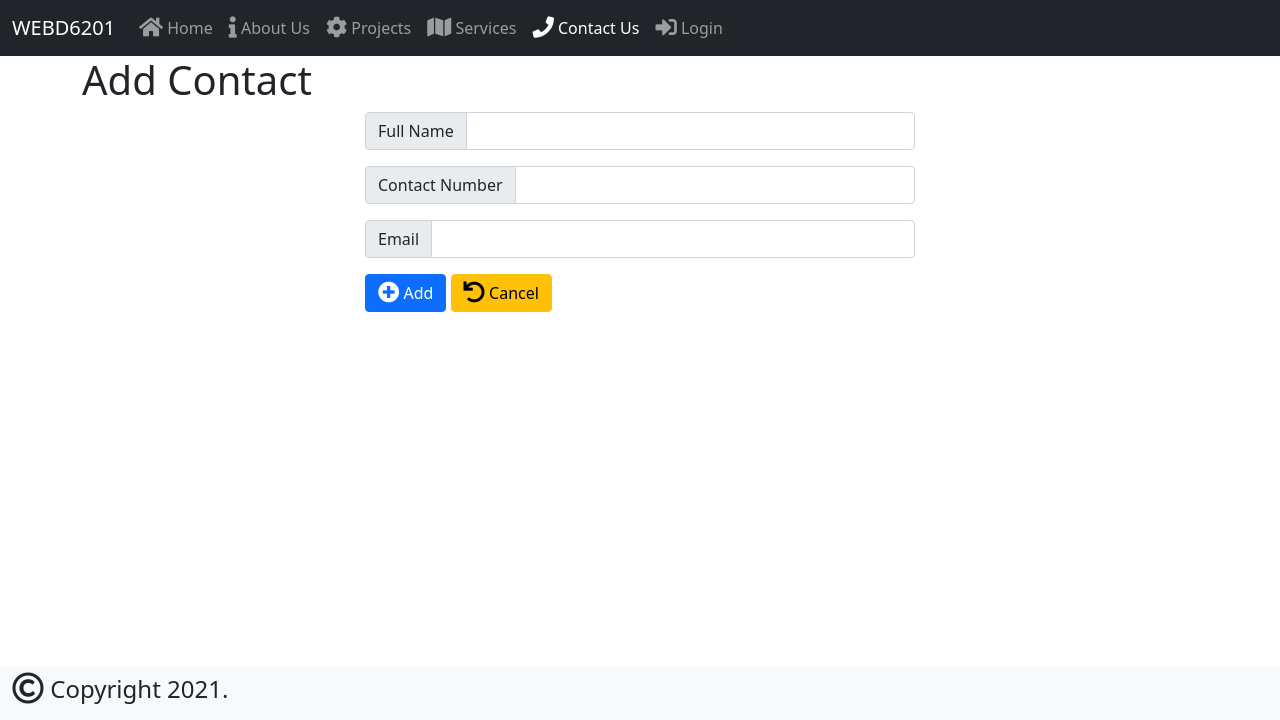
Repository: aphim/webd6201ICE6
Page: Views/content/edit.html
These files come from the project's save history. The page is drawn as it stood at one moment and after the next save; the edit follows.
The browser window is 1280 px wide. The pictures show the whole page.

Above is the page before, as saved 2021-03-03 09:01:01.

### Views/content/edit.html
<!DOCTYPE html>
<html lang="en">
<head>
    <meta charset="UTF-8">
    <meta name="viewport" content="width=device-width, initial-scale=1.0">
    <title>Edit</title>
    <!-- CSS Section -->
    <link rel="stylesheet" href="./node_modules/bootstrap/dist/css/bootstrap.min.css">
    <link rel="stylesheet" href="./node_modules/@fortawesome/fontawesome-free/css/all.min.css">
    <link rel="stylesheet" href="./Content/app.css">
</head>
<body>
    <!-- Main Header -->
    <header>
        <!-- Main Navigation -->
        <nav class="navbar navbar-expand-lg navbar-dark bg-dark">
            <div class="container-fluid">
              <a class="navbar-brand" href="index.html">WEBD6201</a>
              <button class="navbar-toggler" type="button" data-bs-toggle="collapse" data-bs-target="#navbarSupportedContent" aria-controls="navbarSupportedContent" aria-expanded="false" aria-label="Toggle navigation">
                <span class="navbar-toggler-icon"></span>
              </button>
              <div class="collapse navbar-collapse" id="navbarSupportedContent">
                <ul class="navbar-nav me-auto mb-2 mb-lg-0">
                  <li class="nav-item">
                    <a class="nav-link" aria-current="page" href="index.html"><i class="fas fa-home fa-lg"></i> Home</a>
                  </li>

                  <li class="nav-item">
                    <a class="nav-link" aria-current="page" href="about.html"><i class="fas fa-info fa-lg"></i> About Us</a>
                  </li>

                  <li class="nav-item">
                    <a class="nav-link" aria-current="page" href="projects.html"><i class="fas fa-cog fa-lg"></i> Projects</a>
                  </li>

                  <li class="nav-item">
                    <a class="nav-link" aria-current="page" href="services.html"><i class="fas fa-map fa-lg"></i> Services</a>
                  </li>

                  <li class="nav-item">
                    <a class="nav-link active" aria-current="page" href="contact.html"><i class="fas fa-phone fa-lg"></i> Contact Us</a>
                  </li>
                  <li id="login" class="nav-item">
                    <a class="nav-link" aria-current="page" href="login.html"><i class="fas fa-sign-in-alt fa-lg"></i> Login</a>
                  </li>
                </ul>
              </div>
            </div>
          </nav>
    </header>

    <!-- Main Content -->
    <main class="container">
        <h1>Edit Contact</h1>
        <div id="messageArea"></div>

        <div class="row justify-content-lg-center g-3">
          <form class="col-lg-6 col-md-10 col-sm-10">

            <div class="input-group mb-3">
              <span class="input-group-text" id="inputGroup-sizing-default">Full Name </span>
              <input id="fullName" type="text" class="form-control" aria-label="Full Name" aria-describedby="Full Name Input"
              name="fullName" required>
            </div>

            <div class="input-group mb-3">
              <span class="input-group-text" id="inputGroup-sizing-default">Contact Number</span>
              <input id="contactNumber" type="tel" class="form-control" aria-label="Contact Number" aria-describedby="Contact Number Input"
              name="contactNumber" required>
            </div>

            <div class="input-group mb-3">
              <span class="input-group-text" id="inputGroup-sizing-default">Email</span>
              <input id="emailAddress" type="email" class="form-control" aria-label="Email Address" aria-describedby="Email Address Input"
              name="emailAddress" required>
            </div>


            <button id="editButton" type="button" class="btn btn-primary"><i class="fas fa-edit fa-lg"></i> Edit</button>
            <button id="cancelButton" type="button" class="btn btn-warning"><i class="fas fa-undo fa-lg"></i> Cancel</button>
          </form>

    </main>

    <!-- Main Footer -->
    <footer>
        <nav class="navbar fixed-bottom navbar-light bg-light">
            <div class="container-fluid">
              <h4><i class="far fa-copyright fa-lg"></i> Copyright 2021.</h4>
            </div>
          </nav>
    </footer>

    <!-- Script Section-->
    <script src="./node_modules/jquery/dist/jquery.min.js"></script>
    <script src="./node_modules/bootstrap/dist/js/bootstrap.bundle.min.js"></script>

    <script src="./Scripts/namespace.js"></script>
    <script src="./Scripts/contact.js"></script>
    <script src="./Scripts/user.js"></script>
    <script src="./Scripts/app.js"></script>
</body>
</html>

### Content/app.css
/* custom css goes here */
.input-group-addon:first-child
{
    border-right: 0;
}

.input-group-addon
{
    padding: 6px 12px;
    font-size: 14px;
    font-weight: 400;
    line-height: 1;
    text-align: center;
    border: 1px solid darkgrey;
    border-radius: 4xpx;
}

.input-group-addon .fa
{
    font-size: 18px;
}

.input-group .form-control
{
    position:relative;
    z-index: 2;
    float:left;
    margin-bottom: 0;
}

.input-group .form-control:last-child
{
    border-top-left-radius: 0;
    border-bottom-left-radius: 0;
}



.login
{
    padding: 2rem 1rem;
    margin-bottom: 2rem;
    background-color: lightgrey;
    border-radius: .3rem;
}

.login input
{
    background-color: white;
    border-color: darkgrey;
    border-radius: .4em;
    width: 100%;
}

### Scripts/namespace.js

//namespace core
let core;

### Scripts/contact.js
"use strict";
// Contact Class

((core)=>{
  class Contact {
    // getters and setters
    get FullName()
    {
      return this.m_fullName;
    }

    set FullName(value)
    {
      this.m_fullName = value;
    }

    get ContactNumber()
    {
      return this.m_contactNumber;
    }

    set ContactNumber(value)
    {
      this.m_contactNumber = value;
    }

    get EmailAddress()
    {
      return this.m_emailAddress;
    }

    set EmailAddress(value)
    {
      this.m_emailAddress = value;
    }

    // constructor

    /**
     * @param {string} fullName
     * @param {string} contactNumber
     * @param {string} emailAddress
     */
    constructor(fullName = "", contactNumber = "", emailAddress = "")
    {
      this.FullName = fullName;
      this.ContactNumber = contactNumber;
      this.EmailAddress = emailAddress;
    }

    // methods

    /**
     * This method overrides the built-in toString method for the Contact class
     *
     * @returns {string}
     */
    toString()
    {
      return `Full Name     : ${this.FullName} \nContact Number: ${this.ContactNumber}\nEmail Address : ${this.EmailAddress}`;
    }

    /**
     * This method returns a JSON object made up of the properties of the Contact class
     *
     * @returns {Object}
     */
    toJSON()
    {
      return {
        "FullName": this.FullName,
        "ContactNumber": this.ContactNumber,
        "EmailAddress": this.EmailAddress
      }
    }

    /**
     * This method converts a JSON contact into a data object
     * @param {object} data
     */
    fromJSON(data)
    {
      this.FullName = data.FullName;
      this.ContactNumber = data.ContactNumber;
      this.EmailAddress = data.EmailAddress;
    }

    /**
     * This method converts the Contact into a comma-separated value string
     *
     * @returns {string}
     */
    serialize()
    {
      if(this.FullName !== "" && this.ContactNumber !== "" && this.EmailAddress !== "")
      {
        return `${this.FullName},${this.ContactNumber},${this.EmailAddress}`;
      }
      else
      {
        console.error("One or more properties of the Contact is empty");
        return null;
      }
    }

    /**
     * This method takes a comma-separated data string and assigns the values to the Contact class properties
     *
     * @param {string} data
     * @return {void}
     */
    deserialize(data)
    {
      let propertyArray = data.split(",");
      this.FullName = propertyArray[0];
      this.ContactNumber = propertyArray[1];
      this.EmailAddress = propertyArray[2];
    }
  }

core.Contact = Contact;

})(core || (core={}));

### Scripts/user.js
"use strict";
// User Class

((core)=>{
  class User {
    // getters and setters
    get DisplayName()
    {
      return this.m_displayName;
    }

    set DisplayName(value)
    {
      this.m_displayName = value;
    }

    get EmailAddress()
    {
      return this.m_emailAddress;
    }

    set EmailAddress(value)
    {
      this.m_emailAddress = value;
    }

    get Username()
    {
      return this.m_username;
    }

    set Username(value)
    {
      this.m_username = value;
    }

    get Password()
    {
      return this.m_password;
    }

    set Password(value)
    {
      this.m_password = value;
    }

    // constructor

    /**
     * Creates an instance of User
     * @param {*} [displayName=""]
     * @param {*} [emailAddress=""]
     * @param {*} [username=""]
     * @param {*} [password=""]
     */
    constructor(displayName = "",  emailAddress = "", username = "", password = "")
    {
      this.DisplayName = displayName;
      this.EmailAddress = emailAddress;
      this.Username = username;
      this.Password = password;
    }

    // methods

    /**
     * This method overrides the built-in toString method for the User class
     *
     * @returns {string}
     */
    toString()
    {
      return `Display Name     : ${this.DisplayName} \nEmail Address : ${this.EmailAddress} \nUsername : ${this.Username}`;
    }

    /**
     * This method returns a JSON object made up of the properties of the User class
     *
     * @returns {Object}
     */
    toJSON()
    {
      return {
        "DisplayName": this.DisplayName,
        "EmailAddress": this.EmailAddress,
        "Username": this.Username
      }
    }

    /**
     * This method user a JSON user into a data object
     * @param {object} data
     */
    fromJSON(data)
    {
      this.DisplayName = data.DisplayName;
      this.EmailAddress = data.EmailAddress;
      this.Username = data.Username;
      this.Password = data.Password;
    }

    /**
     * This method converts the User into a comma-separated value string
     *
     * @returns {string}
     */
    serialize()
    {
      if(this.DisplayName !== "" && this.EmailAddress !== "" && this.Username !== "")
      {
        return `${this.DisplayName},${this.EmailAddress},${this.Username}`;
      }
      else
      {
        console.error("One or more properties of the User is empty");
        return null;
      }
    }

    /**
     * This method takes a comma-separated data string and assigns the values to the User class properties
     *
     * @param {string} data
     * @return {void}
     */
    deserialize(data)
    {
      let propertyArray = data.split(",");
      this.DisplayName = propertyArray[0];
      this.EmailAddress = propertyArray[1];
      this.Username = propertyArray[2];
    }
  }

core.User = User;

})(core || (core={}));

### Scripts/app.js
/* custom JavaScript goes here */

//IIFE - Immediately Invoked Function Expression
//AKA - Anonymous Self-Executing Function
//Closure - limits scope leak

"use strict";

((core) =>
{
  /**
   * inject the navigation bar into the header element and highlight active link based on page link
   * @param {string} pageName
   */
  function loadHeader(pageName)
  {
    $.get("./Views/components/header.html", function(data)
    {
      $("header").html(data);
      $(`#${pageName}`).addClass("active");


    });
  }
    /**
     * injects the content elements into a page
     * @param {string} pageName
     */
  function loadContent(pageName)
  {
      //inject the content
      $.get(`./Views/content/${pageName}.html`, function(data)
      {
        $("main").html(data);
      });

  }

  function loadFooter()
  {
 //inject the footer
 $.get("./Views/components/footer.html", function(data)
 {
   $("footer").html(data);
 });

  }

    function displayHome()
    {
      loadHeader("home");
      loadContent("home");
      loadFooter();


    }

    function displayAbout()
    {

    }

    function displayProjects()
    {

    }

    function displayServices()
    {

    }

    function testFullName()
    {
      let messageArea = $("#messageArea").hide();
      let fullNamePattern = /([A-Z][a-z]{1,25})+(\s|,|-)([A-Z][a-z]{1,25})+(\s|,|-)*/;


        $("#fullName").on("blur", function()
        {
          if(!fullNamePattern.test($(this).val()))
          {
            $(this).trigger("focus").trigger("select");
            messageArea.show().addClass("alert alert-danger").text("Please enter a valid Full Name. This must include at least a Capitalized first name followed by a Capitlalized last name.");
          }
          else
          {
              messageArea.removeAttr("class").hide();
          }
        });
    }

    function testContactNumber()
    {
      let messageArea = $("#messageArea");
      let contactNumberPattern = /^(\+\d{1,2}\s)?\(?\d{3}\)?[\s.-]?\d{3}[\s.-]?\d{4}$/;

        $("#contactNumber").on("blur", function()
        {
          if(!contactNumberPattern.test($(this).val()))
          {
            $(this).trigger("focus").trigger("select");
            messageArea.show().addClass("alert alert-danger").text("Please enter a valid Contact Number. Country code and area code are both optional");
          }
          else
          {
              messageArea.removeAttr("class").hide();
          }
        });
    }

    function testEmailAddress()
    {
      let messageArea = $("#messageArea");
      let emailAddressPattern = /^([a-zA-Z0-9._%-]+@[a-zA-Z0-9.-]+\.[a-zA-Z]{2,6})*$/;
      //let emailAddressPattern = /^([a-zA-Z0-9._%-]{8,20}@[a-zA-Z0-9.-]+\.[a-zA-Z]{2,6})*$/;

        $("#emailAddress").on("blur", function()
        {
          if(!emailAddressPattern.test($(this).val()))
          {
            $(this).trigger("focus").trigger("select");
            messageArea.show().addClass("alert alert-danger").text("Please enter a valid Email Address.");
          }
          else
          {
              messageArea.removeAttr("class").hide();
          }
        });
    }

    function formValidation()
    {
      testFullName();
      testContactNumber();
      testEmailAddress();
    }

    function displayContact()
    {
      // form validation
      formValidation();

        $("#sendButton").on("click", (event)=>
        {
          if($("#subscribeCheckbox")[0].checked)
          {
            let contact = new core.Contact(fullName.value, contactNumber.value, emailAddress.value);

            if(contact.serialize())
            {
              let key = contact.FullName.substring(0, 1) + Date.now();

              localStorage.setItem(key, contact.serialize());
            }
          }
        });
    }

    function displayContactList()
    {

      $("#contactListLink").attr("class", "nav-link active");

      if (localStorage.length > 0)
      {

        //document.getElementById("contactListLink").setAttribute("class", "nav-link active");

        let contactList = document.getElementById("contactList");

        let data = "";

        let keys = Object.keys(localStorage);

        let index = 1;

        for (const key of keys)
        {
          let contactData = localStorage.getItem(key);

          let contact = new core.Contact();
          contact.deserialize(contactData);

          data += `<tr>
          <th scope="row" class="text-center">${index}</th>
          <td>${contact.FullName}</td>
          <td>${contact.ContactNumber}</td>
          <td>${contact.EmailAddress}</td>
          <td class="text-center"><button value="${key}" class="btn btn-primary btn-sm edit"><i class="fas fa-edit fa-sm"></i> Edit</button></td>
          <td class="text-center"><button value="${key}" class="btn btn-danger btn-sm delete"><i class="fas fa-trash-alt fa-sm"></i> Delete</button></td>
          </tr>`;

          index++;
        }

        contactList.innerHTML = data;

        $("button.edit").on("click", function(){
          location.href = "edit.html#" + $(this).val();
         });

         $("button.delete").on("click", function(){
           if(confirm("Are you sure?"))
           {
            localStorage.removeItem($(this).val());
           }
           location.href = "contact-list.html"; // refresh the page
         });

         $("#addButton").on("click", function()
         {
          location.href = "edit.html";
         });
      }
    }

    function displayEdit()
    {
      let key = location.hash.substring(1);

      let contact = new core.Contact();

      // check to ensure that the key is not empty
      if(key != "")
      {
        // get contact info from localStorage
        contact.deserialize(localStorage.getItem(key));

        // display contact information in the form
        $("#fullName").val(contact.FullName);
        $("#contactNumber").val(contact.ContactNumber);
        $("#emailAddress").val(contact.EmailAddress);
      }
      else
      {
        // modify the page so that it shows "Add Contact" in the header
        $("main>h1").text("Add Contact");
        // modify edit button so that it shows "Add" as well as the appropriate icon
        $("#editButton").html(`<i class="fas fa-plus-circle fa-lg"></i> Add`);
      }

      // form validation
      formValidation();

     $("#editButton").on("click", function()
        {
            // check to see if key is empty
          if(key == "")
          {
            // create a new key
            key = contact.FullName.substring(0, 1) + Date.now();
          }

          // copy contact info from form to contact object
          contact.FullName = $("#fullName").val();
          contact.ContactNumber = $("#contactNumber").val();
          contact.EmailAddress = $("#emailAddress").val();

          // add the contact info to localStorage
          localStorage.setItem(key, contact.serialize());

          // return to the contact list
          location.href = "contact-list.html";

        });


      $("#cancelButton").on("click", function()
      {
        // return to the contact list
        location.href = "contact-list.html";
      });
    }

    function displayLogin()
    {
      let messageArea = $("#messageArea");
      messageArea.hide();

      $("#loginButton").on("click", function()
      {

        let username = $("#username");
        let password = $("#password");
        let success = false;
        let newUser = new core.User();

        //use ajax to access the json file
        $.get("./Data/users.json", function(data)
        {
          //check each user in the user.json file
          for(const user of data.users)
          {
            if(username.val() == user.Username && password.val() == user.Password)
            {
              newUser.fromJSON(user);
              success = true;
              break;
            }
          }
          //if username and password matches - success
          if(success)
          {
            //add user to session storage
            sessionStorage.setItem("user", newUser.serialize());

            //hide the messageArea
            messageArea.removeAttr("class").hide();

            //redirect user to secure area
            location.href = "contact-list.html";
          }
          else
          {
            //display an error message
            username.trigger("focus").trigger("select");
            messageArea.show().addClass("alert alert-danger").text("Error: Invalid login information");
          }
        });
      });

      $("#cancelButton").on("click", function()
      {
        document.forms[0].reset();
        // return to the contact list
        location.href = "index.html";
      });
    }

    function displayRegister()
    {

    }

    function toggleLogout()
    {
              //if user is logged in
              if(sessionStorage.getItem("user"))
              {
                //swap out login with logout
                $("#login").html(
                  `<a id="logout" class="nav-link" aria-current="page" href="#"><i class="fas fa-sign-out-alt fa-lg"></i> Logout</a>`
                );

                $("#logout").on("click", function()
                {
                  //perform logout
                  sessionStorage.clear();

                  //redirect to login
                  location.href = "login.html";
                });

                $(`<li class="nav-item">
                <a id="contactListLink" class="nav-link" aria-current="page" href="contact-list.html"><i class="fas fa-users fa-lg"></i> Contact List</a>
                </li>`).insertBefore("#login");

              }
    }


    function Start()
    {
        console.log("App Started...");

        switch (document.title)
        {
          case "Home":
              displayHome();
            break;
          case "About":
              displayAbout();
            break;
          case "Projects":
              displayProjects();
            break;
          case "Services":
              displayServices();
            break;
          case "Contact":
              displayContact();
            break;
          case "Contact-List":
            displayContactList();
            break;
          case "Edit":
            displayEdit();
            break;
          case "Login":
            displayLogin();
          break;
          case "Register":
            displayRegister();
          break;
        }

        //toggle login
        toggleLogout();


    }

    window.addEventListener("load", Start);

    core.Start = Start;

})(core || (core={}));

Loaded but not shown: node_modules/bootstrap/dist/css/bootstrap.min.css (library); node_modules/@fortawesome/fontawesome-free/css/all.min.css (library); node_modules/jquery/dist/jquery.min.js (library); node_modules/bootstrap/dist/js/bootstrap.bundle.min.js (library)

After the next save:
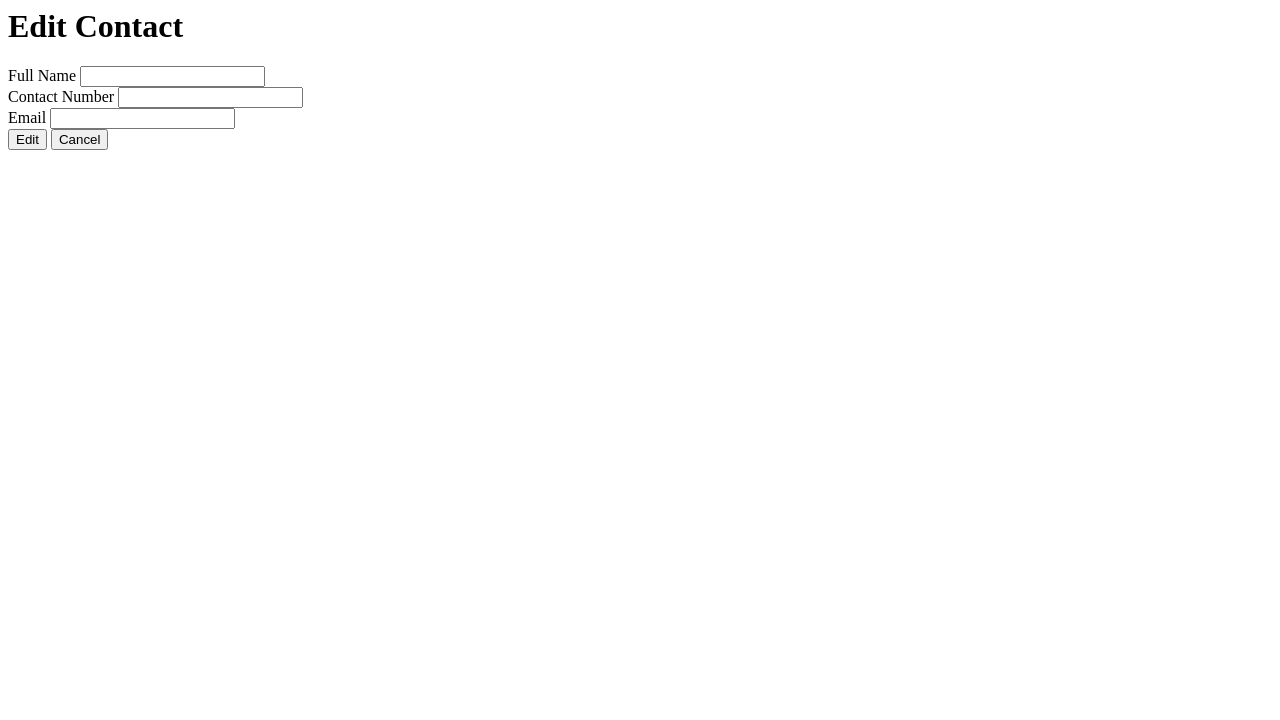
Saved 20 s later.
--- a/Views/content/edit.html
+++ b/Views/content/edit.html
@@ -1,56 +1,3 @@
-<!DOCTYPE html>
-<html lang="en">
-<head>
-    <meta charset="UTF-8">
-    <meta name="viewport" content="width=device-width, initial-scale=1.0">
-    <title>Edit</title>
-    <!-- CSS Section -->
-    <link rel="stylesheet" href="./node_modules/bootstrap/dist/css/bootstrap.min.css">
-    <link rel="stylesheet" href="./node_modules/@fortawesome/fontawesome-free/css/all.min.css">
-    <link rel="stylesheet" href="./Content/app.css">
-</head>
-<body>
-    <!-- Main Header -->
-    <header>
-        <!-- Main Navigation -->
-        <nav class="navbar navbar-expand-lg navbar-dark bg-dark">
-            <div class="container-fluid">
-              <a class="navbar-brand" href="index.html">WEBD6201</a>
-              <button class="navbar-toggler" type="button" data-bs-toggle="collapse" data-bs-target="#navbarSupportedContent" aria-controls="navbarSupportedContent" aria-expanded="false" aria-label="Toggle navigation">
-                <span class="navbar-toggler-icon"></span>
-              </button>
-              <div class="collapse navbar-collapse" id="navbarSupportedContent">
-                <ul class="navbar-nav me-auto mb-2 mb-lg-0">
-                  <li class="nav-item">
-                    <a class="nav-link" aria-current="page" href="index.html"><i class="fas fa-home fa-lg"></i> Home</a>
-                  </li>
-
-                  <li class="nav-item">
-                    <a class="nav-link" aria-current="page" href="about.html"><i class="fas fa-info fa-lg"></i> About Us</a>
-                  </li>
-
-                  <li class="nav-item">
-                    <a class="nav-link" aria-current="page" href="projects.html"><i class="fas fa-cog fa-lg"></i> Projects</a>
-                  </li>
-
-                  <li class="nav-item">
-                    <a class="nav-link" aria-current="page" href="services.html"><i class="fas fa-map fa-lg"></i> Services</a>
-                  </li>
-
-                  <li class="nav-item">
-                    <a class="nav-link active" aria-current="page" href="contact.html"><i class="fas fa-phone fa-lg"></i> Contact Us</a>
-                  </li>
-                  <li id="login" class="nav-item">
-                    <a class="nav-link" aria-current="page" href="login.html"><i class="fas fa-sign-in-alt fa-lg"></i> Login</a>
-                  </li>
-                </ul>
-              </div>
-            </div>
-          </nav>
-    </header>
-
-    <!-- Main Content -->
-    <main class="container">
         <h1>Edit Contact</h1>
         <div id="messageArea"></div>
 
@@ -79,25 +26,3 @@
             <button id="editButton" type="button" class="btn btn-primary"><i class="fas fa-edit fa-lg"></i> Edit</button>
             <button id="cancelButton" type="button" class="btn btn-warning"><i class="fas fa-undo fa-lg"></i> Cancel</button>
           </form>
-
-    </main>
-
-    <!-- Main Footer -->
-    <footer>
-        <nav class="navbar fixed-bottom navbar-light bg-light">
-            <div class="container-fluid">
-              <h4><i class="far fa-copyright fa-lg"></i> Copyright 2021.</h4>
-            </div>
-          </nav>
-    </footer>
-
-    <!-- Script Section-->
-    <script src="./node_modules/jquery/dist/jquery.min.js"></script>
-    <script src="./node_modules/bootstrap/dist/js/bootstrap.bundle.min.js"></script>
-
-    <script src="./Scripts/namespace.js"></script>
-    <script src="./Scripts/contact.js"></script>
-    <script src="./Scripts/user.js"></script>
-    <script src="./Scripts/app.js"></script>
-</body>
-</html>
